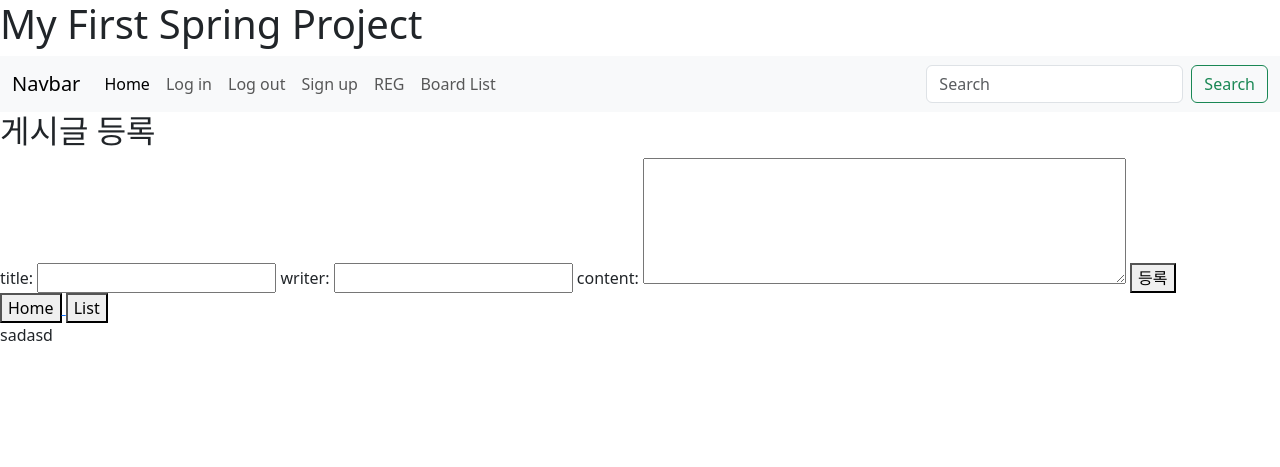
Repository: dfhdfhdfsza/springtest
Page: http://localhost/spring-Test/WEB-INF/views/board/register.jsp
These files come from the project's save history. The page is drawn as it stood at one moment and after the next save; the edit follows.
The browser window is 1280 px wide. The pictures show the whole page.
The page is served by Tomcat 9. Nobody is signed in. The template is opened directly, without the code that normally fills it, so the values that code supplies are empty.

Above is the page before, as saved 2023-10-05 07:50:27.

After the next save:
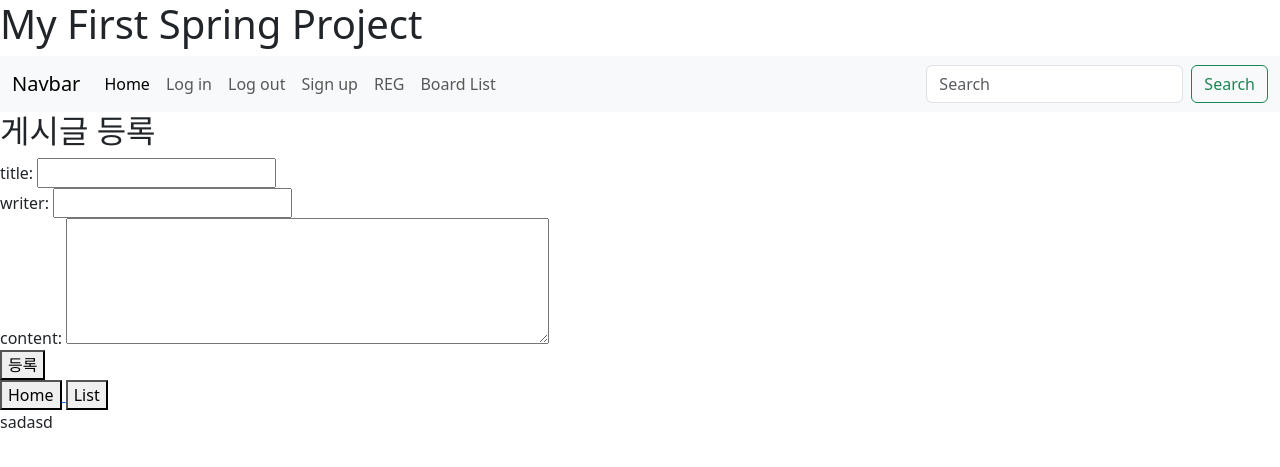
Saved 35 s later.
--- a/spring-Test/src/main/webapp/WEB-INF/views/board/register.jsp
+++ b/spring-Test/src/main/webapp/WEB-INF/views/board/register.jsp
@@ -13,10 +13,10 @@
 	<h2>게시글 등록</h2>
 	<!-- mapping 상태는 get/post가 별도의 mapping을 가짐 -->
 	<form action="/board/register" method="post">
-		title: <input type="text" name="title">
-		writer: <input type="text" name="writer">
-		content: <textarea rows="5" cols="50" name="content"></textarea>
-		<button type="submit">등록</button>
+		title: <input type="text" name="title"> <br>
+		writer: <input type="text" name="writer"> <br>
+		content: <textarea rows="5" cols="50" name="content"></textarea> <br>
+		<button type="submit">등록</button> <br>
 	</form>
 	<a href="/">
 		<button type="button">Home</button>
